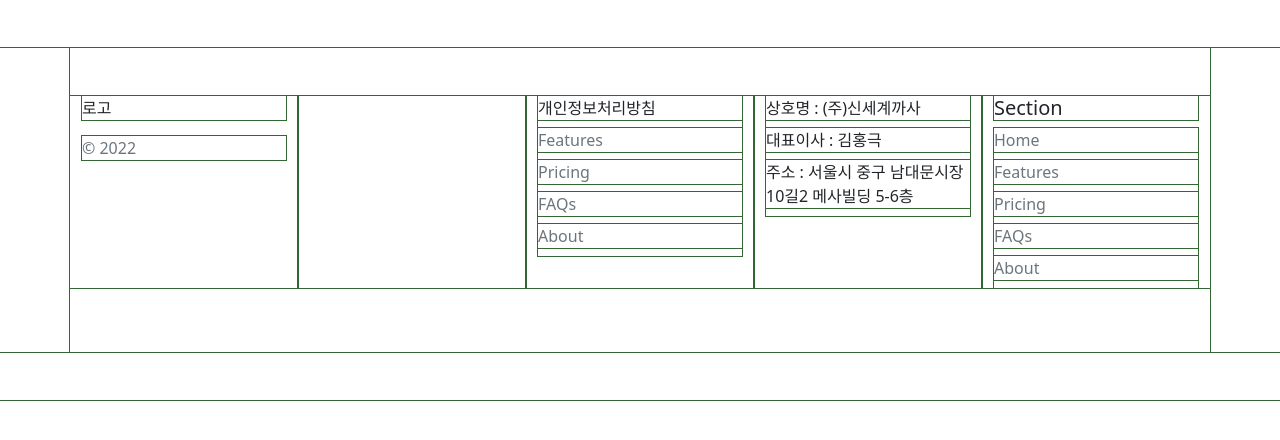
Repository: raoniee/Elice-House-Project
Page: FE/src/components/footer/footer.html
An editor plug-in stored every save of this project. The page is shown before and after the next save, followed by the edit.
The browser window is 1280 px wide. The pictures show the whole page.

Above is the page before, as saved 2023-07-04 16:53:55.

### FE/src/components/footer/footer.html
<!DOCTYPE html>
<html lang="ko">
  <head>
    <meta charset="UTF-8" />
    <meta http-equiv="X-UA-Compatible" content="IE=edge" />
    <meta name="viewport" content="width=device-width, initial-scale=1.0" />
    <title>Elice-House</title>
    <link
      href="https://cdn.jsdelivr.net/npm/bootstrap@5.2.3/dist/css/bootstrap.min.css"
      rel="stylesheet"
      integrity="sha384-rbsA2VBKQhggwzxH7pPCaAqO46MgnOM80zW1RWuH61DGLwZJEdK2Kadq2F9CUG65"
      crossorigin="anonymous"
    />
    <style>
      * {
        outline: 1px solid #363;
      }
    </style>
  </head>
  <body>
    <div class="container">
      <footer class="row row-cols-1 row-cols-sm-2 row-cols-md-5 py-5 my-5">
        <div class="col mb-3">
          <a
            href="/"
            class="d-flex align-items-center mb-3 link-dark text-decoration-none"
          >
            로고
          </a>
          <p class="text-muted">&copy; 2022</p>
        </div>

        <div class="col mb-3"></div>

        <div class="col mb-3">
          <ul class="nav flex-column">
            <li class="nav-item mb-2">개인정보처리방침</li>
            <li class="nav-item mb-2">
              <a href="#" class="nav-link p-0 text-muted">Features</a>
            </li>
            <li class="nav-item mb-2">
              <a href="#" class="nav-link p-0 text-muted">Pricing</a>
            </li>
            <li class="nav-item mb-2">
              <a href="#" class="nav-link p-0 text-muted">FAQs</a>
            </li>
            <li class="nav-item mb-2">
              <a href="#" class="nav-link p-0 text-muted">About</a>
            </li>
          </ul>
        </div>

        <div class="col mb-3">
          <ul class="nav flex-column">
            <li class="nav-item mb-2">상호명 : (주)신세계까사</li>
            <li class="nav-item mb-2">대표이사 : 김홍극</li>
            <li class="nav-item mb-2">
              주소 : 서울시 중구 남대문시장10길2 메사빌딩 5-6층
            </li>
          </ul>
        </div>

        <div class="col mb-3">
          <h5>Section</h5>
          <ul class="nav flex-column">
            <li class="nav-item mb-2">
              <a href="#" class="nav-link p-0 text-muted">Home</a>
            </li>
            <li class="nav-item mb-2">
              <a href="#" class="nav-link p-0 text-muted">Features</a>
            </li>
            <li class="nav-item mb-2">
              <a href="#" class="nav-link p-0 text-muted">Pricing</a>
            </li>
            <li class="nav-item mb-2">
              <a href="#" class="nav-link p-0 text-muted">FAQs</a>
            </li>
            <li class="nav-item mb-2">
              <a href="#" class="nav-link p-0 text-muted">About</a>
            </li>
          </ul>
        </div>
      </footer>
    </div>
    <script
      src="https://cdn.jsdelivr.net/npm/bootstrap@5.2.3/dist/js/bootstrap.bundle.min.js"
      integrity="sha384-kenU1KFdBIe4zVF0s0G1M5b4hcpxyD9F7jL+jjXkk+Q2h455rYXK/7HAuoJl+0I4"
      crossorigin="anonymous"
    ></script>
  </body>
</html>

After the next save:
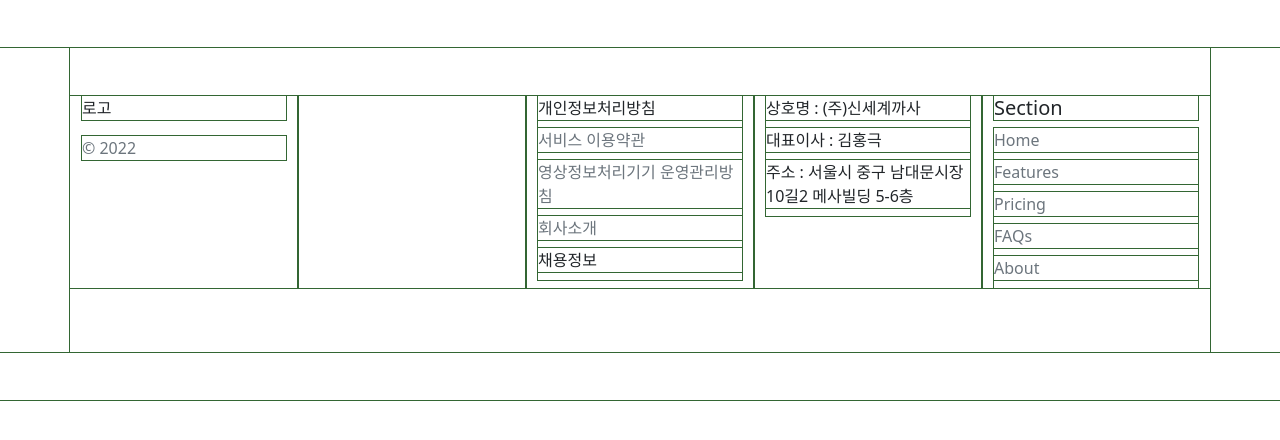
Saved 67 s later.
--- a/FE/src/components/footer/footer.html
+++ b/FE/src/components/footer/footer.html
@@ -36,17 +36,17 @@
           <ul class="nav flex-column">
             <li class="nav-item mb-2">개인정보처리방침</li>
             <li class="nav-item mb-2">
-              <a href="#" class="nav-link p-0 text-muted">Features</a>
+              <a href="#" class="nav-link p-0 text-muted">서비스 이용약관</a>
             </li>
             <li class="nav-item mb-2">
-              <a href="#" class="nav-link p-0 text-muted">Pricing</a>
+              <a href="#" class="nav-link p-0 text-muted"
+                >영상정보처리기기 운영관리방침</a
+              >
             </li>
             <li class="nav-item mb-2">
-              <a href="#" class="nav-link p-0 text-muted">FAQs</a>
+              <a href="#" class="nav-link p-0 text-muted">회사소개</a>
             </li>
-            <li class="nav-item mb-2">
-              <a href="#" class="nav-link p-0 text-muted">About</a>
-            </li>
+            <li class="nav-item mb-2">채용정보</li>
           </ul>
         </div>
 
